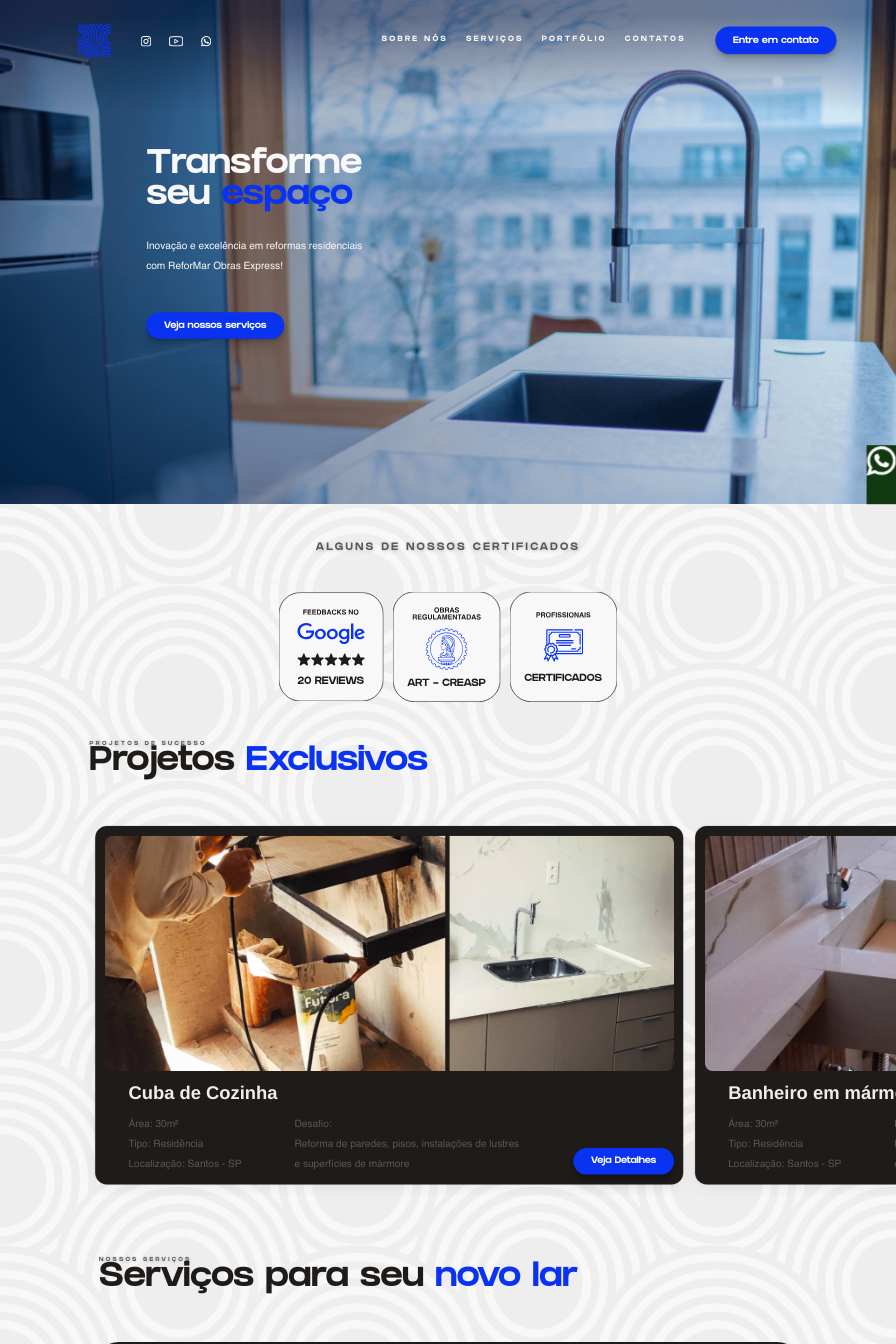
Repository: lucastdcs/ReforMar
Page: /
The author's editor kept a copy of each file at every save. The page is drawn from the files as they stood at one save, then again after the next save.
The browser window is 1280 px wide. The pictures show the part of the page from y = 0 to 1920 px (the page is 9722 px tall), at 70% of full size.
Backgrounds fixed to the window are drawn as part of the page. The project was rebuilt for these pictures with package versions that can differ from the ones it lists, and the page was loaded fresh each time. Also part of the build but not shown: vite.config.js, src/Components/EmailPopUp/EmailPopUp.styled.js, src/Components/EmailPopUp/EmailPopUp.jsx, src/Components/Carrousel/Carousel.styled.js, src/Components/Carrousel/Carousel.jsx, src/Components/ServicesCardImg/ServicesCardImg.styled.js, src/Components/ServicesCardImg/ServicesCardImg.jsx, src/Pages/Servicos.jsx and 4 more.

Above is the page before, as saved 2025-01-03 23:54:55.

### index.html
<!doctype html>
<html lang="pt-br">

<head>
  <meta charset="UTF-8" />
  <meta name="viewport" content="width=device-width, initial-scale=1.0" />

  <!-- Favicon -->
  <link rel="icon" href="/Favicon.svg" type="image/svg+xml">
  <link rel="shortcut icon" href="/Favicon.svg" type="image/svg+xml">

  <!-- SEO Meta Tags -->
  <meta name="description"
    content="A ReforMar - Obras Express oferece serviços rápidos e eficientes de reforma e construção. Confie em nossa equipe especializada para transformar seu espaço com qualidade e agilidade.">
  <meta name="keywords"
    content="reforma, construção, obras express, reforma residencial, reforma comercial, reformas rápidas, qualidade, agilidade, ReforMar">
  <meta name="author" content="ReforMar - Obras Express">

  <!-- Open Graph Meta Tags -->
  <meta property="og:title" content="ReforMar - Reformas e Construções Rápidas">
  <meta property="og:description"
    content="A ReforMar - Obras Express oferece serviços rápidos e eficientes de reforma e construção. Confie em nossa equipe especializada para transformar seu espaço com qualidade e agilidade.">
  <meta property="og:image" content="https://reformarobrasexpress.com.br/assets/image1-Bzcdwp6d.jpg">
  <meta property="og:url" content="https://reformarobrasexpress.com.br">
  <meta property="og:type" content="website">
  <meta property="og:locale" content="pt_BR">

  <!-- Twitter Meta Tags -->
  <meta name="twitter:card" content="summary_large_image">
  <meta name="twitter:title" content="ReforMar - Reformas e Construções Rápidas">
  <meta name="twitter:description"
    content="A ReforMar - Obras Express oferece serviços rápidos e eficientes de reforma e construção. Confie em nossa equipe especializada para transformar seu espaço com qualidade e agilidade.">
  <meta name="twitter:image" content="https://reformarobrasexpress.com.br/assets/image1-Bzcdwp6d.jpg">

  <meta property="og:title" content="Reformar Obras Express">
  <meta property="og:description" content="Serviços rápidos de reforma e construção.">
  <meta property="og:image" content="https://reformarobrasexpress.com.br/assets/image1-Bzcdwp6d.jpg">
  <meta property="og:url" content="https://reformarobrasexpress.com.br/">
  <meta property="og:type" content="website">

  <!-- Title -->
  <title>ReforMar - Reformas e Construções Rápidas</title>

</head>

<body>
  <div id="root"></div>
  <div id="portal"></div>
  <script type="module" src="/src/main.jsx"></script>
</body>

</html>

### src/index.css
@import './assets/styles/base/fonts.css';
@import './assets/styles/base/variables.css';

:root {

  color: rgb(248, 248, 248);
  background-color: var(--off-white);


  font-synthesis: none;
  text-rendering: optimizeLegibility;
  -webkit-font-smoothing: antialiased;
  -moz-osx-font-smoothing: grayscale;
}

*,
*::before,
*::after {
  box-sizing: border-box;
  margin: 0;
  padding: 0;
}

html {
  font-size: 52.5%;
  scroll-behavior: smooth;
}

body {
  overflow-x: hidden;
  display: flex;
  justify-content: center;
  align-items: center;
  margin: 0;
  padding: 0;
  width: 100vw;
  background-image: url("./assets/imgs/Grafismo.png");
  background-repeat: repeat-y;
  background-attachment: fixed;
  background-size: contain;
}


::-webkit-scrollbar {
  width: 1.5rem;
  height: 1.5rem;
}

::-webkit-scrollbar-track {
  background: var(--sb-track-color);
  border-radius: 10px;
}

::-webkit-scrollbar-thumb {
  background: var(--sb-thumb-color);
  border-radius: 10px;
}

/* Estilizando a barra de rolagem para navegadores que não suportam WebKit */
@supports not selector(::-webkit-scrollbar) {
  body {
    scrollbar-color: var(--sb-thumb-color) var(--sb-track-color);
  }
}

.slide-in {
  position: fixed;
  top: 0;
  left: 0;
  width: 100%;
  height: 100vh;
  background-color: red;



  transform-origin: bottom;
}

.slide-out {
  position: fixed;
  top: 0;
  left: 0;
  width: 100%;
  height: 100vh;
  background-color: red;
  transform-origin: top;
}

.project_title {
  margin: 0 0.5rem;
}

### src/Components/Footer/Footer.jsx
import React from "react";
import { StyledContainer, Legal } from "./Footer.styled";
import instagram from "../../assets/icons/instagram.svg";
import whatsapp from "../../assets/icons/whatsapp.svg";
import youtube from "../../assets/icons/youtube.svg";
import logo from "../../assets/icons/logo-simbolo.svg";
import { Text } from "../../assets/styles/typography.styled";

const Footer = () => {
  return (
    <>
      <StyledContainer>
        <div className="wrapper">
          <div className="socials_wrapper">
            <span>
              <a href="https://www.instagram.com/reformarobras/">
                <img src={instagram} alt="Logo do Instagram" />
              </a>
              <a href="https://www.youtube.com/@reformarobrasexpress">
                <img src={youtube} alt="Logo do Youtube" />
              </a>
              <a href="">
                <img src={whatsapp} alt="Logo do Whatsapp" />
              </a>
            </span>
            <img src={logo} alt="" />
          </div>
          <ul>
            <li className="list_title">
              <Text>Empresa</Text>
            </li>
            <li>
              <a href="/sobreNos">
                <Text>Sobre Nós</Text>
              </a>
            </li>
            <li>
              <a href="/servicos">
                <Text>Serviços</Text>
              </a>
            </li>
            <li>
              <a href="/contato">
                <Text>Contatos</Text>
              </a>
            </li>
          </ul>
          <ul>
            <li className="list_title">
              <Text>Legal</Text>
            </li>
            <li>
              <Text>Política e Privacidade</Text>
            </li>
            <li>
              <Text>Termos de uso</Text>
            </li>
          </ul>
          <ul>
            <li className="list_title">
              <Text>Contatos</Text>
            </li>
            <li>
              <Text>atendimento@reformarobrasexpress.com.br</Text>
            </li>
            <li>
              <Text>(11) 93961-2000</Text>
            </li>
            <li>
              <Text>(13) 98220-2000</Text>
            </li>
            <li>
              <Text>São Paulo - SP</Text>
            </li>
            <li>
              <Text>São Vicente - SP</Text>
            </li>
          </ul>
        </div>
      </StyledContainer>
      <Legal>
        <Text>© 2024 ReforMar Obras Express. All rights reserved.</Text>
      </Legal>
    </>
  );
};

export default Footer;

### src/Components/WhatsappButton/WhatsappButton.jsx
import React from "react";
import whatsappIcon from "../../assets/icons/whatsapp.svg";
import styled from "styled-components";

export const WhatsappButton = () => {
  const WhatsappMainBtn = styled.a`
    width: 5rem;
    height: 10rem;
    position: fixed;
    right: 0;
    bottom: 0;
    background-color: #113811;

    img {
      object-fit: cover;
      width: 100%;
    }
  `;
  return (
    <div>
      <WhatsappMainBtn href="https://wa.me/5511939612000">
        <img src={whatsappIcon} alt="Ícone do WhatsApp" />
      </WhatsappMainBtn>
    </div>
  );
};

### src/assets/styles/base/fonts.css
@import './variables.css';

@font-face {
    font-family: 'Grifter';
    src: url('../../fonts/GRIFTERBold.woff2') format('woff2');
    font-weight: bold;
    font-style: normal;
    font-display: swap;
  }

@font-face {
    font-family: 'Helvetica';
    src: url('../../fonts/Helvetica.woff2') format('woff2');
    font-weight: normal;
    font-style: normal;
    font-display: swap;
  }

### src/assets/styles/base/variables.css
@import './fonts.css';

:root {
  /* Cores */
  --color-primary: #0590FA;
  --color-secondary: #0567F8;
  --color-tertiary: rgb(10, 51, 241);
  --color-error: #F85C5C;
  --off-white: #EEEEEE;
  --grey1: #B5B5B5;
  --grey: #585858;
  --grey-shadow: rgb(88, 88, 88, 0.3);
  --black: rgb(30, 27, 25);
    /* Fontes */
    --font-family-grifter: 'Grifter', sans-serif;
  --font-family-helvetica: 'Helvetica', sans-serif;

  /* scroll bar */

  --sb-track-color: #B5B5B5;
  --sb-thumb-color: #0a33f1;
  --sb-size: 12px;


  /* Tamanhos de Fonte */
  --font-size-h1: 16rem;
  --font-size-h2: 10rem;
  --font-size-h3: 5rem;
  --font-size-h4: 4.5rem;
  --font-size-h5: 4rem;
  --font-size-h6: 2rem;
  --font-size-h7: 1.8rem;
  --font-size-label15: 1.5rem;
  --font-size-label10: 1rem;

  /* Tamanhos de Fonte Mobile */
  --font-size-mh1: 8rem;
  --font-size-mh2: 5rem;
  --font-size-mh3: 2.6rem;
  --font-size-mh4: 2.2rem;
  --font-size-mh5: 2rem;
  --font-size-mh6: 1.8rem;
  --font-size-mh7: 2rem;
  --font-size-mp: 1.6rem;
  --font-size-mlabel1: 1rem;
  --font-size-mlabel2: 0.8rem;
  --font-size-mbutton: 1.2rem;

  /* Espaçamentos */
  --spacing-200: 200%;
  --spacing-160: 160%;
  --spacing-100: 100%;
  --spacing-90: 90%;

}

### src/Components/Button/Button.jsx
import React from "react";
import StyledButton from "./Button.styled.js";
import {useNavigate} from 'react-router-dom'

const Button = (props) => {

  const navigate = useNavigate();

  const handleClick = () => {
    if (props.onClick) {
      props.onClick();
    } else if (props.destino) {
      navigate(`/${props.destino}`)
      window.scrollTo(0, 0);
    }
  }

  // const redirect = () => {
  //   navigate(`${'/' + props.destino}`);
  // };

  return (
    <StyledButton
      whileHover={{ scale: 0.95 }}
      transition={{ type: "spring", stiffness: 400, damping: 10 }}
      whileTap={{ scale: 1 }}
      id="btn_contact"
      className={props.className}
      variantType={props.variantType}
      type={props.type}
      onClick={handleClick}
    >
      {props.texto}
    </StyledButton>
  );
};

export default Button;

### src/Components/Titles/Titles.jsx
import React from "react";
import { LabelTitle } from "../../assets/styles/typography.styled.js";
import { H2 } from "../../assets/styles/typography.styled.js";


const Titles = (props) => {

  return (
    <>
      <LabelTitle  className="project_title small">{props.text_label}</LabelTitle>
      <H2 className="project_title big">{props.text_title} <span>{props.text_span}</span></H2>
    </>
  );
};

export default Titles;

### src/Components/Card/Card.jsx
import React, { useState, useEffect, lazy, Suspense } from "react";

const LazyOverlay = lazy(() => import("../ProjectsOverlay/ProjectsOverlay"));

import { StyledCard } from "./Card.styled";
import Button from "../Button/Button";
import { H5 } from "../../assets/styles/typography.styled";
import { Text } from "../../assets/styles/typography.styled";

const Card = (props) => {

  const [showOverlay, setShowOverlay] = useState(false);
  const toggleOverlay = () => {
    setShowOverlay(!showOverlay);
    console.log("toggle ativado");
  };

  useEffect(() => {
    if (showOverlay) {
      document.body.style.overflow = 'hidden';
    } else {
      document.body.style.overflow = '';
    }
    return () => {
      document.body.style.overflow = '';
    };
  }, [showOverlay]);

  return (
    <div>
      <StyledCard className={props.className}>
        <img src={props.img} alt="" />

        <div className="card_wrapper">
          <H5 className="title">{props.title}</H5>
          <Text className="text1">
            Área: {props.area} <br />
            Tipo: {props.type} <br />
            Localização: {props.location}
            <br />
          </Text>
          <Text className="text2">
            Desafio: <br />
            {props.description}
          </Text>
          <Button
            texto="Veja Detalhes"
            className="btn"
            onClick={props.overlay ? toggleOverlay : null}
            destino={!props.overlay ? props.destino : null}
          />
        </div>
      </StyledCard>
      {showOverlay && <Suspense><LazyOverlay {...props} onClick={toggleOverlay} images={props.images} rating={props.rating}/></Suspense>}
    </div>
  );
};

export default Card;

### src/Components/ServicesCard/ServicesCard.jsx
import React from "react";
import { StyledServicesCard } from "./ServicesCard.styled";
import Button from "../Button/Button";
import { H4 } from "../../assets/styles/typography.styled";
import { Text } from "../../assets/styles/typography.styled";

const ServicesCard = (props) => {
  return (
    <>
      <StyledServicesCard>
        <span>
          <img src={props.icon} />
        </span>

        <H4>{props.title}</H4>
        <Text>{props.text}</Text>
        <div>
          <Button texto="Entre em contato" variantType="outline" destino="contato" />
          <Button texto="Veja nosso portfólio" destino="portfolio"/>
        </div>
      </StyledServicesCard>
    </>
  );
};

export default ServicesCard;

### src/Components/Badges/Badges.jsx
import React from "react";
import StyledContainer from "./Badges.styled";
import certificadosBadge from "../../assets/badges/Badge (2).svg";
import googleBadge from "../../assets/badges/certificados.svg";
import creaspBadge from "../../assets/badges/creasp.svg";

const Badges = (props) => {
  return (
    <>
      <StyledContainer className={props.className}>
        <figure>
          {" "}
          <img src={googleBadge} alt="" draggable="false"/>
        </figure>
        <figure>
          <img src={creaspBadge} alt="" draggable="false"/>
        </figure>
        <figure>
          <img src={certificadosBadge} alt="" draggable="false"/>
        </figure>
      </StyledContainer>
    </>
  );
};

export default Badges;

### src/Components/MotionCarousel/MotionCarousel.jsx
import React, { useRef, useState, useEffect } from "react";
import { StyledCarouselNew, Inner, Item } from "./MotionCarousel.styled";
import { filterProps } from "framer-motion";

const CarouselNew = ({ children, className }) => {
  const carousel = useRef();
  const [width, setWidth] = useState(0);

  const updateWidth = () => {
    if (carousel.current) {
      const scrollWidth = carousel.current.scrollWidth;
      const offsetWidth = carousel.current.offsetWidth;
      setWidth(scrollWidth - offsetWidth);
    }
  };

  useEffect(() => {
    updateWidth();
    window.addEventListener("resize", updateWidth);
    return () => window.removeEventListener("resize", updateWidth);
  }, []);

  return (
    <>
      <StyledCarouselNew ref={carousel} whileTap={{ cursor: "grabbing" }}>
        <Inner className={className} drag="x" dragConstraints={{ right: 0, left: -width }}>
          {React.Children.map(children, (child, index) => (
            <Item key={index}>{child}</Item>
          ))}
        </Inner>
      </StyledCarouselNew>
    </>
  );
};

export default CarouselNew;

### src/Components/FeedbackSection/FeedbackSection.jsx
import React from "react";
import { StyledContainer } from "./FeedbackSection.styled";
import Titles from "../Titles/Titles";
import Carousel from "../Carrousel/Carousel";
import CarouselNew from "../MotionCarousel/MotionCarousel";
import FeedbackCard from "../FeedbackCard/FeedbackCard";
import Button from "../Button/Button";
import Photo from "../../assets/imgs/FBimg.png";
import Eder from "../../assets/imgs/Elder.jpg";

import Vanessa from "../../assets/imgs/Vanessa.jpg";
import Luciana from "../../assets/imgs/Luciana.jpg";

const FeedbackSection = () => {
  return (
    <StyledContainer>
      <Titles
        text_label="feedback de clientes"
        text_title="Ouça de nossos"
        text_span="clientes satisfeitos!"
      />

      <CarouselNew className="fb_carousel_inner">
        <FeedbackCard rating={4} photo={Photo} name="Paso Import" type="empresa" date="JUN/2024" text="Empresa profissional e rápida. A equipe do Rodrigo é prestativa. Serviço
        excelente. Valeu o preço. Fiquei surpreendido e recomendo!"/>
        <FeedbackCard rating={5} photo={Eder} name="Eder Espacini" type="técnico" date="JUN/2024" text="Foi um ótimo atendimento, rápido, preciso e de qualidade. a equipe de Rodrigo foi excelente!"/>
        <FeedbackCard rating={4} photo={Luciana} name="Luciana Rocha" type="-" date="MAR/2024" text="Ótima empresa! Profissionalismo nota 10. Equipe do Rodrigo Vitor me deram todo suporte antes, durante e depois."/>
        <FeedbackCard rating={5} photo={Vanessa} name="Vanessa Oliveira" type="-" date="JUN/2024" text="Foram rápidos para atender a minha demanda, e trabalho feito com excelência."/>

      </CarouselNew>

      <Button texto="Entre em contato" destino="contato"/>
    </StyledContainer>
  );
};

export default FeedbackSection;

### src/Components/NumbersSection/NumbersSection.jsx
import React from "react";
import {StyledContainer} from "./NumbersSection.styled";
import NumbersGrid from "../NumbersGrid/NumbersGrid";
import Titles from "../Titles/Titles";
import Button from "../Button/Button";

const NumbersSection = () => {
  return (
    <StyledContainer>
      <Titles text_label="" text_title="Nossos" text_span="Números:" />
      <NumbersGrid />
      <Button texto="Entre em contato" destino="contato"/>
    </StyledContainer>
  );
};

export default NumbersSection;

### src/Components/FeedbackCard/FeedbackCard.jsx
import React from "react";
import StyledContainer from "./FeedbackCard.styled";
import { H7, H6, Label, Text } from "../../assets/styles/typography.styled";


const StarIcon = ({ filled }) => (
  <svg
    width="20"
    height="20"
    viewBox="0 0 24 24"
    fill="none"
    xmlns="http://www.w3.org/2000/svg"
  >
    <path
      d="M12 17.27L18.18 21l-1.64-7.03L22 9.24l-7.19-.61L12 2 9.19 8.63 2 9.24l5.46 4.73L5.82 21z"
      fill={filled ? "#0A33F1" : "#1E1B19"}
    />
  </svg>
);

const StarRating = ({ rating }) => {
  const stars = Array.from({ length: 5 }, (_, index) => (
    <StarIcon key={index} filled={index < rating} />
  ));

  return <div style={{ display: 'flex' }}>{stars}</div>;
};

const FeedbackCard = (props) => {
  return (
    <StyledContainer>
      <img src={props.photo} className="fb_photo" />
      <H7 className="fb_name">{props.name}</H7>
      <Label className="fb_type">{props.type}</Label>
      <span className="fb_stars">
        <StarRating rating={props.rating} />
      </span>
      <H6 className="fb_date">{props.date}</H6>
      <Text className="fb_comentary">{props.text}</Text>
    </StyledContainer>
  );
};

export default FeedbackCard;

### src/Components/Values/Values.jsx
import React from "react";
import { Text } from "../../assets/styles/typography.styled.js";
import { H4 } from "../../assets/styles/typography.styled.js";
import { StyledContainer } from "./Values.styled.js";

const Values = (props) => {
  return (
    <StyledContainer className={props.className}>
      <span><img src={props.icon}/></span>
      <H4>{props.title}</H4>
      <Text>{props.text}</Text>
    </StyledContainer>
  );
};

export default Values;

### src/Components/NumbersGrid/NumbersGrid.jsx
import React from "react";
import { StyledNumbersGrid } from "./NumbersGrid.styled";
import NumbersCard from "../NumbersCard/NumbersCard";

const NumbersGrid = () => {
  return (
    <StyledNumbersGrid>
      <NumbersCard item="card1" number="9+">
        Colaboradores <br /> no Time
      </NumbersCard>
      <NumbersCard item="card2" number="2+ anos" align="right">
        No mercado
      </NumbersCard>
      <NumbersCard
        item="card3"
        number="91% dos clientes"
        align="right"
        size="h2"
      >
        Nos recomendam
      </NumbersCard>
      <NumbersCard item="card4" number="25+">
        Projetos lançados
      </NumbersCard>
    </StyledNumbersGrid>
  );
};

export default NumbersGrid

### src/Components/NumbersCard/NumbersCard.jsx
import React from "react";
import { H1 } from "../../assets/styles/typography.styled";
import { H5 } from "../../assets/styles/typography.styled";
import StyledContainer from "./NumbersCard.styled";

const NumbersCard = (props) => {
    return (
        <StyledContainer align={props.align} className={props.item} size={props.size}>
            <H1>{props.number}</H1>
            <H5>{props.children}</H5>
        </StyledContainer>
    );
};

export default NumbersCard;

Loaded but not shown: src/Components/Header/Header.styled.js (236 lines, source omitted); src/assets/styles/typography.styled.js (79 lines, source omitted); src/Components/NumbersGrid/NumbersGrid.styled.js (104 lines, source omitted); src/Components/ContactUs/ContactUs.styled.js (95 lines, source omitted); src/Components/Card/Card.styled.js (83 lines, source omitted); src/Components/Footer/Footer.styled.js (78 lines, source omitted); src/Components/ValuesSection/ValuesSection.styled.js (68 lines, source omitted); src/Components/Form/Form.styled.js (67 lines, source omitted); src/Components/FeedbackCard/FeedbackCard.styled.js (65 lines, source omitted); src/Components/NumbersCard/NumbersCard.styled.js (54 lines, source omitted); src/Components/Button/Button.styled.js (32 lines, source omitted); src/Components/ServicesCard/ServicesCard.styled.js (57 lines, source omitted); src/Components/MotionCarousel/MotionCarousel.styled.js (25 lines, source omitted); src/Components/FeedbackSection/FeedbackSection.styled.js (32 lines, source omitted); src/Components/Badges/Badges.styled.js (24 lines, source omitted); src/Components/Values/Values.styled.js (16 lines, source omitted); src/Components/NumbersSection/NumbersSection.styled.js (11 lines, source omitted); src/Pages/Início.jsx (247 lines, source omitted); src/Components/ContactUs/ContactUs.jsx (106 lines, source omitted); src/Components/Form/Form.jsx (167 lines, source omitted); src/Components/ValuesSection/ValuesSection.jsx (68 lines, source omitted); src/Components/Header/Header.jsx (84 lines, source omitted); src/main.jsx (97 lines, source omitted)

After the next save:
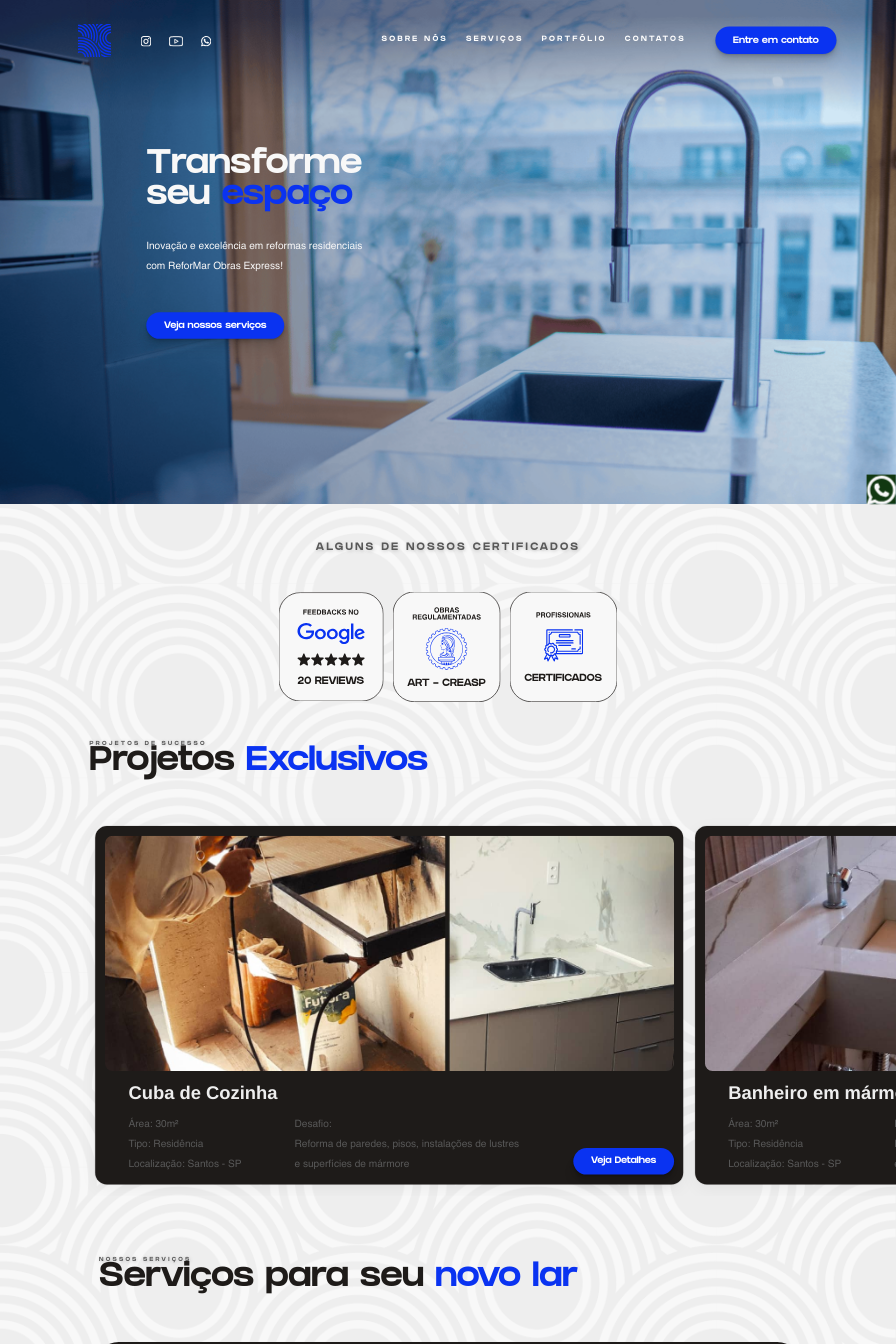
Saved 4 s later.
--- a/src/Components/WhatsappButton/WhatsappButton.jsx
+++ b/src/Components/WhatsappButton/WhatsappButton.jsx
@@ -5,7 +5,7 @@ import styled from "styled-components";
 export const WhatsappButton = () => {
   const WhatsappMainBtn = styled.a`
     width: 5rem;
-    height: 10rem;
+    height: 5rem;
     position: fixed;
     right: 0;
     bottom: 0;
